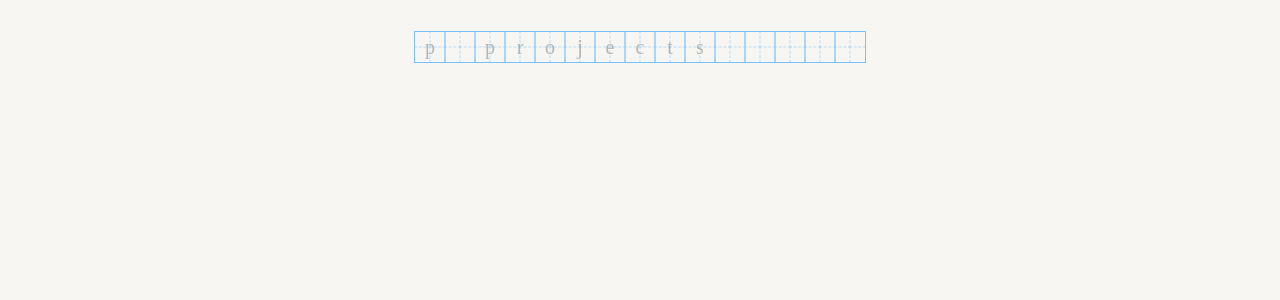
Repository: pyrcl090/p-p
Page: index.html
An editor plug-in stored every save of this project. The page is shown before and after the next save, followed by the edit.
The browser window is 1280 px wide. The pictures show the whole page.
The page's requests for data from a server got no answer. Some web fonts or font styles are not loaded; a fallback is used.

Above is the page before, as saved 2025-04-19 17:04:17.

After the next save:
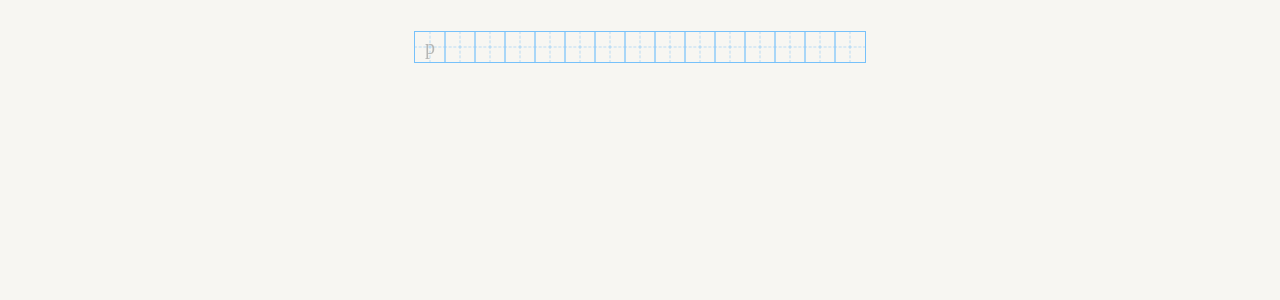
Saved 43 s later.
--- a/script.js
+++ b/script.js
@@ -7,7 +7,7 @@ const channels = [
 ];
 
 const customMenu = [
-  { label: "p projects", content: "" },
+  { label: "p ", content: "" },
   // { label: "Reading List", content: "Books, essays, and articles I want to read or have read recently." },
   // { label: "Inspiration", content: "Images, videos, and quotes that inspire me in some way." }
 ];
